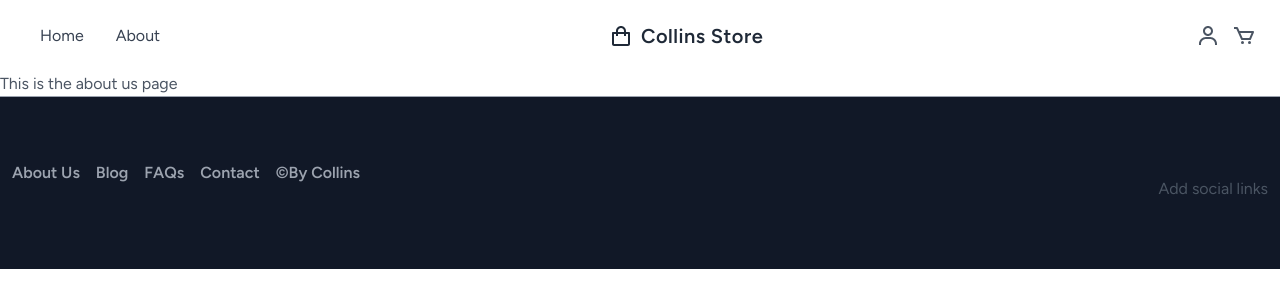
Repository: Collins145/e-commerce-website
Page: http://localhost/about
The author's editor kept a copy of each file at every save. The page is drawn from the files as they stood at one save, then again after the next save.
The browser window is 1280 px wide. The pictures show the whole page.
The page is served by the project's Laravel application, run on PHP 8.4 with Laravel 10. Other server files are loaded and not shown. Style sheets and scripts are compiled from the project's sources, by tool versions that may differ from the author's.

Above is the page before, as saved 2023-06-17 18:57:02.

### routes/web.php
<?php

use App\Http\Controllers\ProfileController;
use Illuminate\Support\Facades\Route;
use App\Http\Controllers\SiteController;

/*
|--------------------------------------------------------------------------
| Web Routes
|--------------------------------------------------------------------------
|
| Here is where you can register web routes for your application. These
| routes are loaded by the RouteServiceProvider and all of them will
| be assigned to the "web" middleware group. Make something great!
|
*/

Route::get('/', [SiteController::class, 'index'])->name('home');
Route::get('about', [SiteController::class, 'about'])->name('about');
Route::get('footer', [SiteController::class, 'footer'])->name('footer');

Route::get('/dashboard', function () {
    return view('dashboard');
})->middleware(['auth', 'verified'])->name('dashboard');

Route::middleware('auth')->group(function () {
    Route::get('/profile', [ProfileController::class, 'edit'])->name('profile.edit');
    Route::patch('/profile', [ProfileController::class, 'update'])->name('profile.update');
    Route::delete('/profile', [ProfileController::class, 'destroy'])->name('profile.destroy');
});

require __DIR__.'/auth.php';

### app/Http/Controllers/SiteController.php
<?php

namespace App\Http\Controllers;

use Illuminate\Http\Request;

class SiteController extends Controller
{
    public function index() {
        return view('site.home');
    }

    public function about() {
        return view('site.about');
    }
    public function footer() {
        return view('site.footer');
    }
}

### resources/views/site/about.blade.php
@extends('layouts.site')
@section('content')
This is the about us page
@endsection

### resources/views/layouts/site.blade.php
<!DOCTYPE html>
<html lang="{{ str_replace('_', '-', app()->getLocale()) }}">
    <head>
        <meta charset="utf-8">
        <meta name="viewport" content="width=device-width, initial-scale=1">
        <meta name="csrf-token" content="{{ csrf_token() }}">

        <title>{{ config('app.name', 'Laravel') }}</title>

        <!-- Fonts -->
        <link rel="preconnect" href="https://fonts.bunny.net">
        <link href="https://fonts.bunny.net/css?family=figtree:400,500,600&display=swap" rel="stylesheet" />

        <!-- Scripts -->
        @vite(['resources/css/app.css', 'resources/js/app.js'])
    </head>
    <body class="bg-white text-gray-600 font-sans leading-normal text-base tracking-normal">
        <x-site.header/>
        @yield('content')
        <x-site.footer/>
    </body>
</html>

### resources/views/components/site/header.blade.php
    <nav id="header" class="w-full z-30 top-0 py-1">
        <div class="w-full container mx-auto flex flex-wrap items-center justify-between mt-0 px-6 py-3">

            <label for="menu-toggle" class="cursor-pointer md:hidden block">
                <svg class="fill-current text-gray-900" xmlns="http://www.w3.org/2000/svg" width="20" height="20" viewBox="0 0 20 20">
                    <title>menu</title>
                    <path d="M0 3h20v2H0V3zm0 6h20v2H0V9zm0 6h20v2H0v-2z"></path>
                </svg>
            </label>
            <input class="hidden" type="checkbox" id="menu-toggle" />

            <div class="order-1 md:order-2">
                <a class="flex items-center tracking-wide no-underline hover:no-underline font-bold text-gray-800 text-xl " href="{{route('home')}}">
                    <svg class="fill-current text-gray-800 mr-2" xmlns="http://www.w3.org/2000/svg" width="24" height="24" viewBox="0 0 24 24">
                        <path d="M5,22h14c1.103,0,2-0.897,2-2V9c0-0.553-0.447-1-1-1h-3V7c0-2.757-2.243-5-5-5S7,4.243,7,7v1H4C3.447,8,3,8.447,3,9v11 C3,21.103,3.897,22,5,22z M9,7c0-1.654,1.346-3,3-3s3,1.346,3,3v1H9V7z M5,10h2v2h2v-2h6v2h2v-2h2l0.002,10H5V10z" />
                    </svg>
                    Collins Store
                </a>
            </div>

            <div class="hidden md:flex md:items-center md:w-auto w-full order-3 md:order-1" id="menu">
                <nav>
                    <ul class="md:flex items-center justify-between text-base text-gray-700 pt-4 md:pt-0">
                        <li><a class="inline-block no-underline hover:text-black hover:underline py-2 px-4" href="{{route('home')}}">Home</a></li>
                        <li><a class="inline-block no-underline hover:text-black hover:underline py-2 px-4" href="{{route('about')}}">About</a></li>
                    </ul>
                </nav>
            </div>

            <div class="order-2 md:order-3 flex items-center" id="nav-content">

                <a class="inline-block no-underline hover:text-black" href="#">
                    <svg class="fill-current hover:text-black" xmlns="http://www.w3.org/2000/svg" width="24" height="24" viewBox="0 0 24 24">
                        <circle fill="none" cx="12" cy="7" r="3" />
                        <path d="M12 2C9.243 2 7 4.243 7 7s2.243 5 5 5 5-2.243 5-5S14.757 2 12 2zM12 10c-1.654 0-3-1.346-3-3s1.346-3 3-3 3 1.346 3 3S13.654 10 12 10zM21 21v-1c0-3.859-3.141-7-7-7h-4c-3.86 0-7 3.141-7 7v1h2v-1c0-2.757 2.243-5 5-5h4c2.757 0 5 2.243 5 5v1H21z" />
                    </svg>
                </a>

                <a class="pl-3 inline-block no-underline hover:text-black" href="#">
                    <svg class="fill-current hover:text-black" xmlns="http://www.w3.org/2000/svg" width="24" height="24" viewBox="0 0 24 24">
                        <path d="M21,7H7.462L5.91,3.586C5.748,3.229,5.392,3,5,3H2v2h2.356L9.09,15.414C9.252,15.771,9.608,16,10,16h8 c0.4,0,0.762-0.238,0.919-0.606l3-7c0.133-0.309,0.101-0.663-0.084-0.944C21.649,7.169,21.336,7,21,7z M17.341,14h-6.697L8.371,9 h11.112L17.341,14z" />
                        <circle cx="10.5" cy="18.5" r="1.5" />
                        <circle cx="17.5" cy="18.5" r="1.5" />
                    </svg>
                </a>

            </div>
        </div>
    </nav>

### resources/views/components/site/footer.blade.php
    <footer class="max-w-8xl mx-auto bg-gray-900 py-8 border-t border-gray-400">
        <div class="flex px-3 py-8 ">
            <div class="w-full mx-auto flex flex-wrap">
                <div class="flex w-full lg:w-1/2 ">
                    <div class="flex gap-4 px-3 md:px-0">
                        <h3 class="font-bold text-gray-400">About Us</h3>
                        <h3 class="font-bold text-gray-400">Blog</h3>
                        <h3 class="font-bold text-gray-400">FAQs</h3>
                        <h3 class="font-bold text-gray-400">Contact</h3>
                        <h3 class="font-bold text-gray-400"><span>&copy<span>By Collins</h3>
                    </div>
                </div>
                <div class="flex w-full lg:w-1/2 lg:justify-end lg:text-right">
                    <div class="px-3 md:px-0">
                        <ul class="list-reset items-center pt-3">
                            <li>
                                <a class="inline-block no-underline hover:text-black hover:underline py-1" href="#">Add social links</a>
                            </li>
                        </ul>
                    </div>
                </div>
            </div>
        </div>
    </footer>

Loaded but not shown: routes/auth.php (common file); app/Http/Controllers/Auth/EmailVerificationPromptController.php (common file); app/Http/Controllers/Controller.php (common file); app/Http/Controllers/Auth/VerifyEmailController.php (common file); resources/css/app.css (common file); tailwind.config.js (common file); resources/js/app.js (common file); resources/js/bootstrap.js (common file)

After the next save:
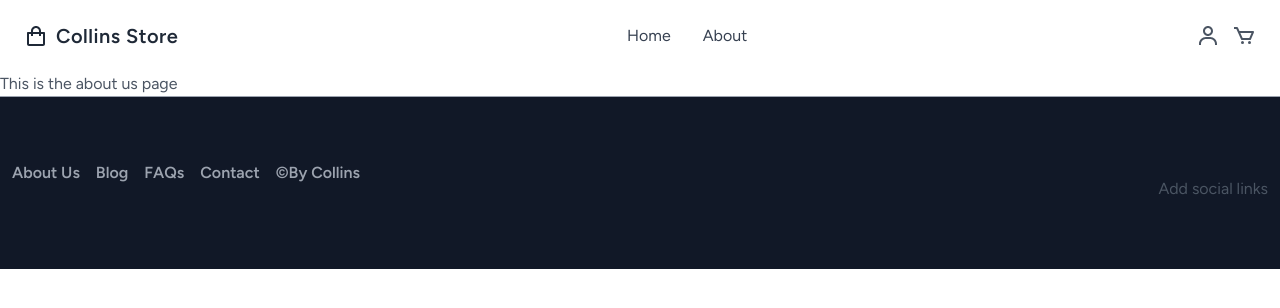
Saved 7 min 33 s later.
--- a/resources/views/components/site/header.blade.php
+++ b/resources/views/components/site/header.blade.php
@@ -9,7 +9,7 @@
             </label>
             <input class="hidden" type="checkbox" id="menu-toggle" />
 
-            <div class="order-1 md:order-2">
+            <div class="">
                 <a class="flex items-center tracking-wide no-underline hover:no-underline font-bold text-gray-800 text-xl " href="{{route('home')}}">
                     <svg class="fill-current text-gray-800 mr-2" xmlns="http://www.w3.org/2000/svg" width="24" height="24" viewBox="0 0 24 24">
                         <path d="M5,22h14c1.103,0,2-0.897,2-2V9c0-0.553-0.447-1-1-1h-3V7c0-2.757-2.243-5-5-5S7,4.243,7,7v1H4C3.447,8,3,8.447,3,9v11 C3,21.103,3.897,22,5,22z M9,7c0-1.654,1.346-3,3-3s3,1.346,3,3v1H9V7z M5,10h2v2h2v-2h6v2h2v-2h2l0.002,10H5V10z" />
